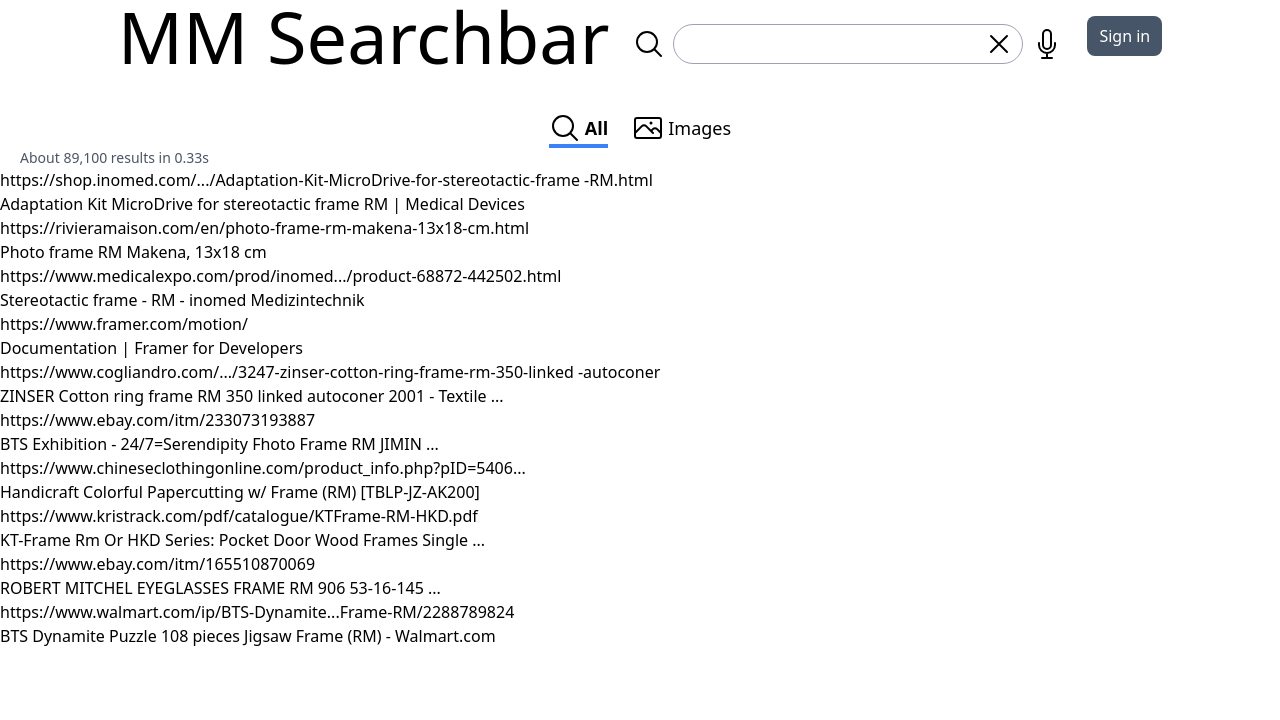
Repository: michalmilek/minigoogle
Page: /search
The author's editor kept a copy of each file at every save. The page is drawn from the files as they stood at one save, then again after the next save.
The browser window is 1280 px wide. The pictures show the whole page.
The page's requests for data from a server got no answer. The project was rebuilt for these pictures with package versions that can differ from the ones it lists, and the page was loaded fresh each time. The framework's server and built-in components were replaced by stand-ins that run in the browser. No one was signed in, and anything a server would have sent is missing. Also part of the build but not shown: next.config.js, Response.ts.

Above is the page before, as saved 2023-02-14 01:47:20.

### pages/_app.tsx
import '@/styles/globals.css'
import type { AppProps } from 'next/app'
import { SessionProvider } from "next-auth/react";

export default function App({ Component, pageProps }: AppProps) {
  return (
    <SessionProvider
      // Provider options are not required but can be useful in situations where
      // you have a short session maxAge time. Shown here with default values.
      session={pageProps.session}>
      <Component {...pageProps} />
    </SessionProvider>
  );
}

### pages/search.tsx
import SearchHeader from "@/components/SearchHeader";
import Head from "next/head";
import React from "react";
import SearchOptions from "@/components/SearchOptions";
import { GetServerSideProps } from "next";
import Response from "@/Response";
import SearchResults from "@/components/SearchResults";
import { useRouter } from "next/router";

const search = ({ results }: any) => {
  console.log(results);
  const router = useRouter();
  return (
    <div className="flex flex-col">
      <Head>
        <title>Search page</title>
        <meta
          name="description"
          content="Generated by create next app"
        />
        <meta
          name="viewport"
          content="width=device-width, initial-scale=1"
        />
        <link
          rel="icon"
          href="/favicon.ico"
        />
      </Head>

      <SearchHeader />
      <SearchOptions />
      <SearchResults results={results} />
    </div>
  );
};

export default search;

export async function getServerSideProps(ctx: any) {
  const mockData = true;
  const data = mockData
    ? Response
    : await fetch(
        `https://www.googleapis.com/customsearch/v1?key=${
          process.env.NEXT_PUBLIC_GOOGLE_API_KEY
        }&cx=${process.env.NEXT_PUBLIC_CONTEXT_KEY}&q=${ctx.query.term}${
          ctx.query.searchType === "image" ? "&searchType=image" : ""
        }`
      ).then((response) => response.json());

  return {
    props: {
      results: data,
    },
  };
}

### components/SearchHeader.tsx
import React, { FormEvent, useRef } from "react";
import {
  MagnifyingGlassIcon,
  MicrophoneIcon,
  XMarkIcon,
} from "@heroicons/react/24/outline";
import { useRouter } from "next/router";
import User from "./User";

const SearchHeader = () => {
  const router = useRouter();
  const inputSearchRef = useRef<HTMLInputElement>(null);

  const clearInput = () => {
    inputSearchRef.current!.value = "";
  };

  const search = (e: FormEvent) => {
    e.preventDefault();
    const term = inputSearchRef.current?.value;
    if (!term?.trim()) return;
    router.push(`/search?term=${term.trim()}&searchType=`);
  };

  return (
    <header className="sticky top-0 left-0 bg-white flex flex-row py-auto items-center justify-center gap-6 px-2 md:px-0">
      <h1 className="text-3xl lg:text-7xl">MM Searchbar</h1>
      <form
        onSubmit={search}
        className="flex items-center justify-center mt-4">
        <div className="flex flex-grow flex-shrink gap-2 items-center justify-center">
          <button type="submit">
            <MagnifyingGlassIcon className="h-8 cursor-pointer" />
          </button>
          <div className="relative flex justify-center items-center w-[90%] md:w-[350px]">
            <input
              type="text"
              defaultValue={router.query.term}
              ref={inputSearchRef}
              className="border transition-all outline-none ring-0 focus:drop-shadow-2xl  text-base w-[100%] h-[100%] px-4 py-2 border-gray-400 rounded-full"
            />
            <XMarkIcon
              onClick={() => clearInput()}
              className="cursor-pointer h-8 absolute top-[50%] right-2 translate-y-[-50%]"
            />
          </div>
          <MicrophoneIcon className="h-8 cursor-pointer" />
        </div>
      </form>
      <User />
    </header>
  );
};

export default SearchHeader;

### components/SearchOptions.tsx
import React, { useState } from "react";
import SearchOption from "./SearchOption";
import { MagnifyingGlassIcon, PhotoIcon } from "@heroicons/react/24/outline";
import { useRouter } from "next/router";

const SearchOptions = () => {
  const router = useRouter();
  const [selected, setSelected] = useState("All");
  return (
    <div className="flex gap-6 select-none w-full justify-center mt-10">
      <SearchOption
        title="All"
        Icon={MagnifyingGlassIcon}
        selected={selected}
        setSelected={setSelected}
      />
      <SearchOption
        title="Images"
        Icon={PhotoIcon}
        selected={selected}
        setSelected={setSelected}
      />
    </div>
  );
};

export default SearchOptions;

### components/SearchResults.tsx
import React from "react";
import Parser from "html-react-parser";

const SearchResults = ({ results }: any) => {
  return (
    <div className="w-screen">
      <p className="text-gray-600 text-sm pl-5">
        About {results.searchInformation.formattedTotalResults} results in{" "}
        {results.searchInformation.formattedSearchTime}s
      </p>
      {results.items.map((result): any => (
        <div key={result.link}>
          <a href={result.link}>{result.formattedUrl}</a>
          <a href={result.link}>
            <h2>{result.title}</h2>
          </a>
        </div>
      ))}
    </div>
  );
};

export default SearchResults;

### components/User.tsx
import React from "react";
import { useSession, signIn, signOut } from "next-auth/react";

const User = () => {
  const { data: session } = useSession();
  return (
    <>
      {session ? (
        <img
          onClick={() => signOut()}
          src={session.user?.image!}
          alt={session.user?.name!}
          className="h-[50px] w-[50px] object-cover rounded-full"
        />
      ) : (
        <button
          className="bg-slate-600 text-white px-3 py-2 rounded-lg"
          onClick={() => signIn()}>
          Sign in
        </button>
      )}
    </>
  );
};

export default User;

### components/SearchOption.tsx
import { type } from "os";
import React, {
  Dispatch,
  ForwardRefExoticComponent,
  SetStateAction,
  SVGProps,
  useRef,
} from "react";
import { MagnifyingGlassIcon, PhotoIcon } from "@heroicons/react/24/outline";
import { useRouter } from "next/router";

type props = {
  title: string;
  Icon: React.ForwardRefExoticComponent<
    React.SVGProps<SVGSVGElement> & {
      title?: string | undefined;
      titleId?: string | undefined;
    }
  >;
  selected: string;
  setSelected: Dispatch<SetStateAction<string>>;
};

const SearchOption = ({ title, Icon, selected, setSelected }: props) => {
  const router = useRouter();
  const divRef = useRef<HTMLDivElement>(null);

  const selectTab = (title: any) => {
    if (title === "All") {
      setSelected("All");
      router.push(`/search?term=${router.query.term}&type=all`);
    }
    if (title === "Images") {
      router.push(`/search?term=${router.query.term}&type=image`);
      setSelected("Images");
    }
  };
  return (
    <div
      onClick={() => selectTab(title)}
      ref={divRef}
      className={`flex flex-col md:flex-row ${
        selected === title
          ? "border-b-blue-500 font-bold"
          : "border-b-transparent"
      } transition-all border-b-4 md:gap-1 items-center justify-center`}>
      <Icon className="h-5 md:h-8" />
      <p className="md:text-lg">{title}</p>
    </div>
  );
};

export default SearchOption;

Loaded but not shown: pages/_document.tsx (common file); styles/globals.css (common file); tailwind.config.js (common file)

After the next save:
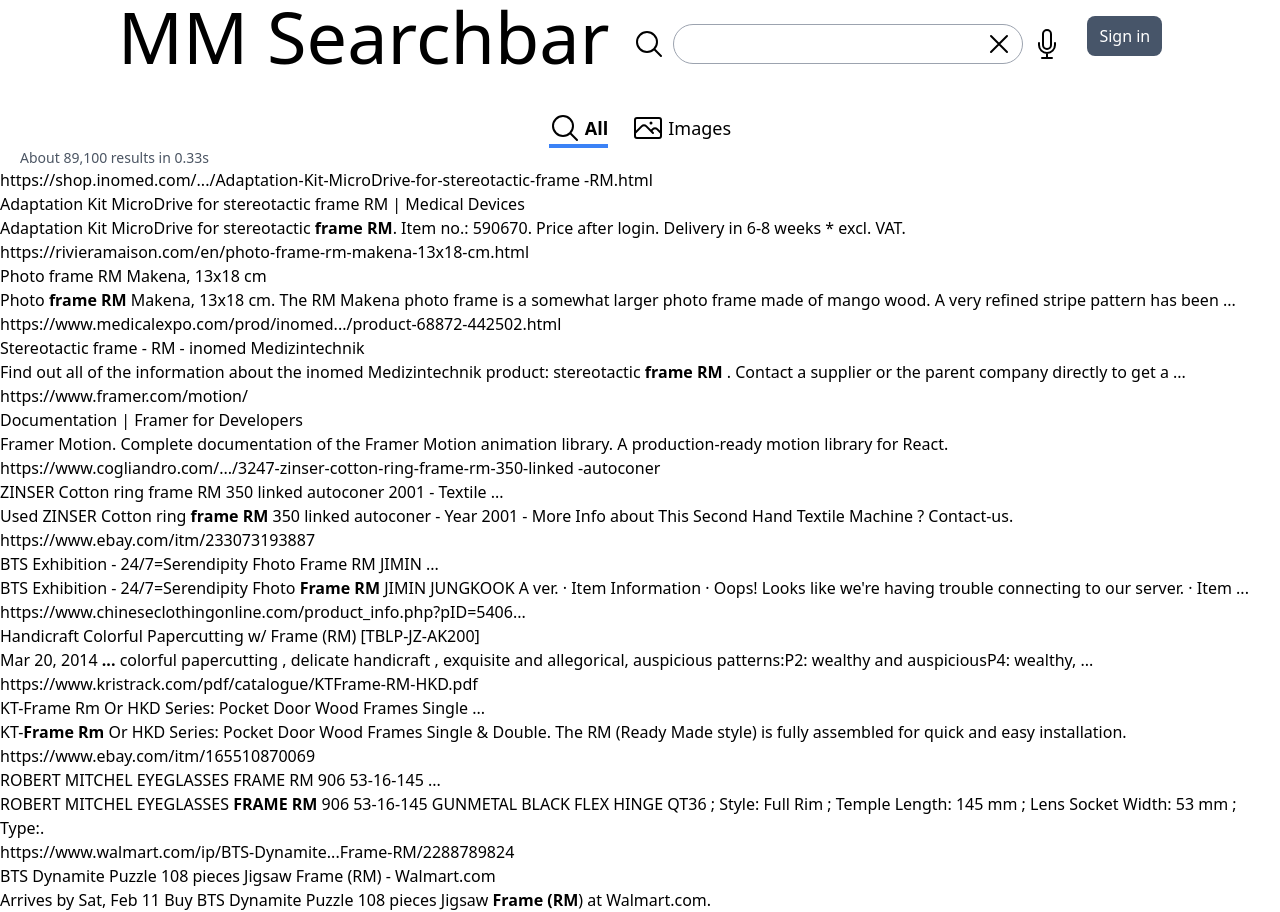
Saved 85 s later.
--- a/components/SearchResults.tsx
+++ b/components/SearchResults.tsx
@@ -10,10 +10,13 @@
       </p>
       {results.items.map((result): any => (
         <div key={result.link}>
-          <a href={result.link}>{result.formattedUrl}</a>
-          <a href={result.link}>
-            <h2>{result.title}</h2>
-          </a>
+          <div>
+            <a href={result.link}>{result.formattedUrl}</a>
+            <a href={result.link}>
+              <h2>{result.title}</h2>
+            </a>
+          </div>
+          <p>{Parser(result.htmlSnippet)}</p>
         </div>
       ))}
     </div>
